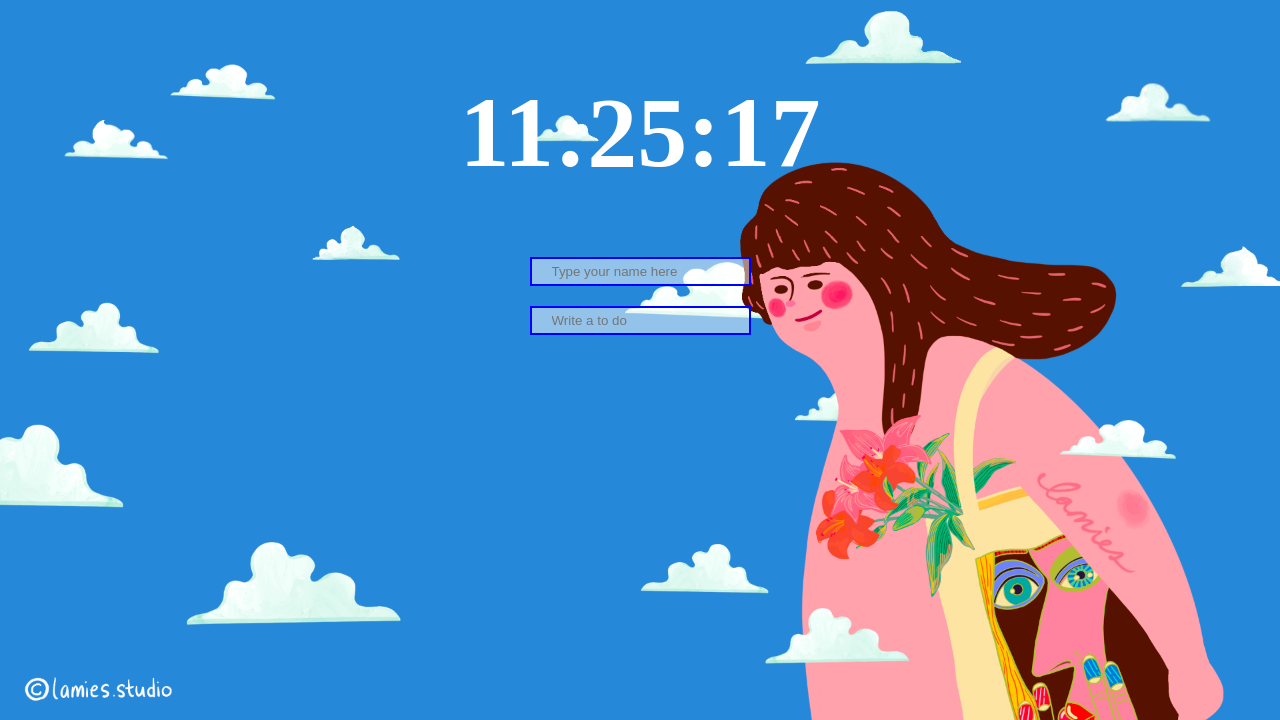
Repository: haleyjung/chrome_app
Page: index.html
The author's editor kept a copy of each file at every save. The page is drawn from the files as they stood at one save, then again after the next save.
The browser window is 1280 px wide. The pictures show the whole page.
Some web fonts or font styles are not loaded; a fallback is used.

Above is the page before, as saved 2020-11-23 15:26:54.

After the next save:
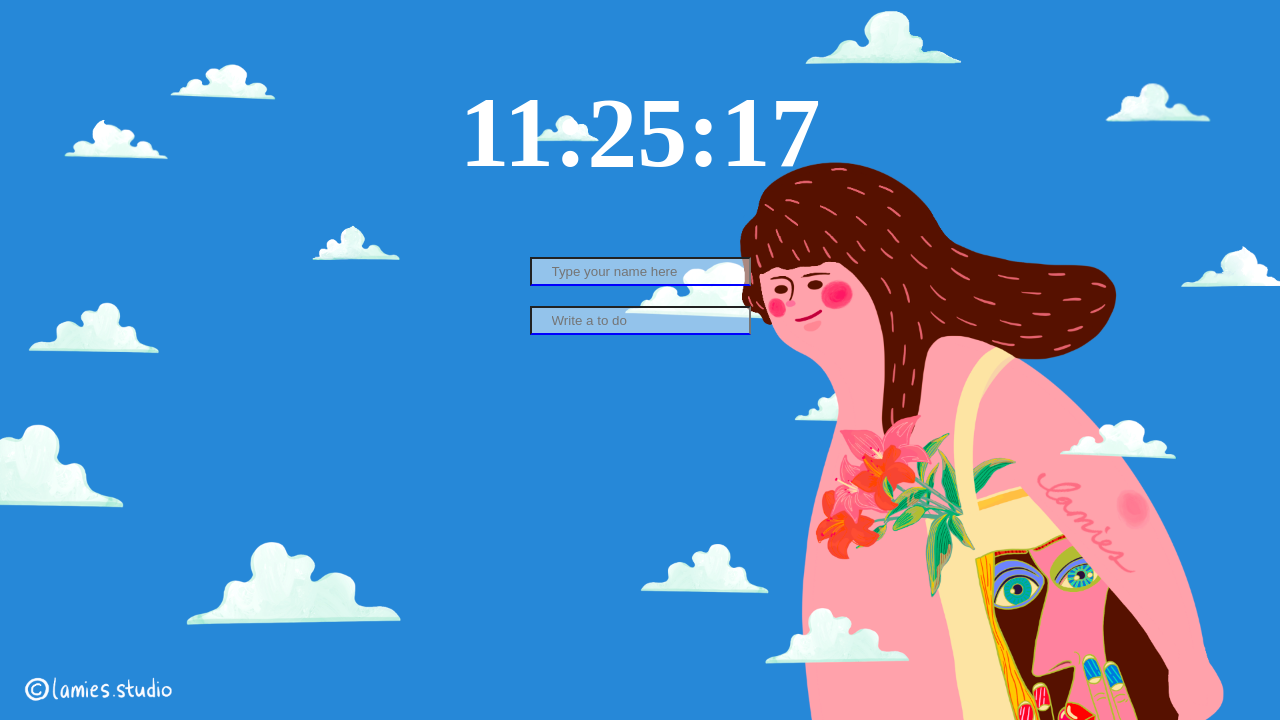
Saved 7 s later.
--- a/index.css
+++ b/index.css
@@ -27,7 +27,7 @@ body {
 }
 
 input {
-  border: 2px solid blue;
+  border-bottom: 2px solid blue;
   margin-bottom: 20px;
   background-color: rgba(255, 255, 255, 0.5);
   padding: 5px 20px;
